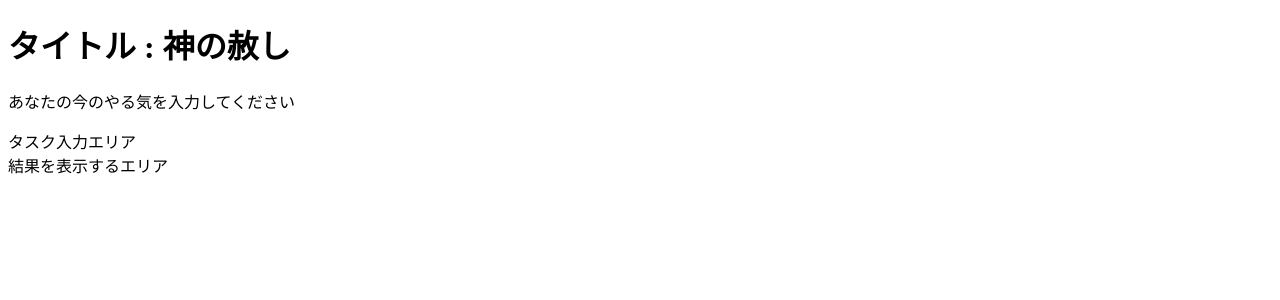
Repository: masa0306/god_forgiveness
Page: index.html
These files come from the project's save history. The page is drawn as it stood at one moment and after a run of saves; the edit follows.
The browser window is 1280 px wide. The pictures show the whole page.

Above is the page before, as saved 2024-05-14 22:40:45.

After the next 2 saves:
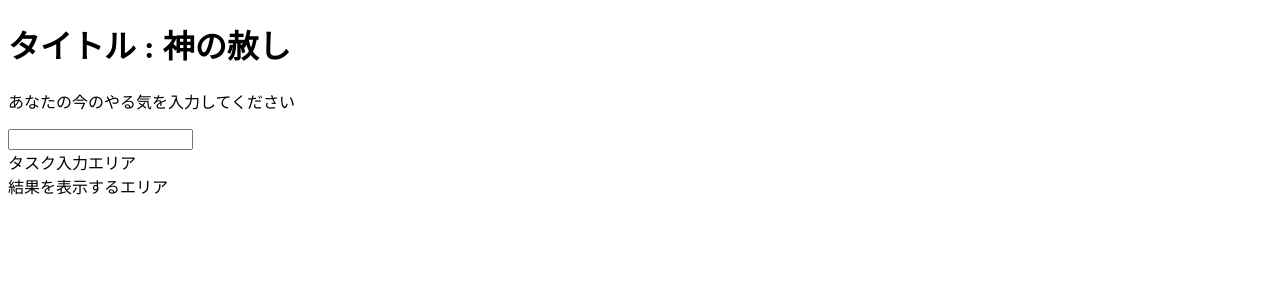
The 2 saves are shown as one change because they came seconds apart.
The last was saved 6 s later.
--- a/index.html
+++ b/index.html
@@ -10,7 +10,9 @@
 <!-- 神の許しを請うボタンを設置し、それを押すと始まるイメージ -->
     <div><h1>タイトル : 神の赦し</h1></div>
     <!-- やる気を入力するエリア -->
-    <div><p>あなたの今のやる気を入力してください</p>
+    <div>
+        <p>あなたの今のやる気を入力してください</p>
+        <input type="text">
     </div>
 
 
